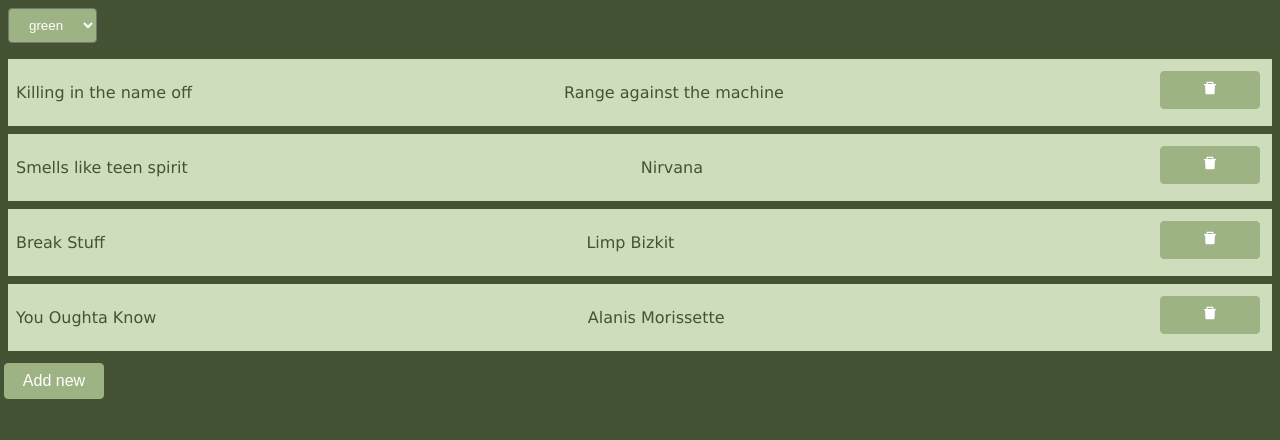
Repository: majakesin/moodify-app
Page: /angry
These files come from the project's save history. The page is drawn as it stood at one moment and after a run of saves; the edit follows.
The browser window is 1280 px wide. The pictures show the whole page.
The project was rebuilt for these pictures with package versions that can differ from the ones it lists, and the page was loaded fresh each time. Also part of the build but not shown: src/data/moods.js, src/components/Mood/index.jsx, src/pages/ChooseMood/index.module.css, src/pages/ChooseMood/index.jsx.

Above is the page before, as saved 2023-08-23 11:53:48.

After the next 2 saves:
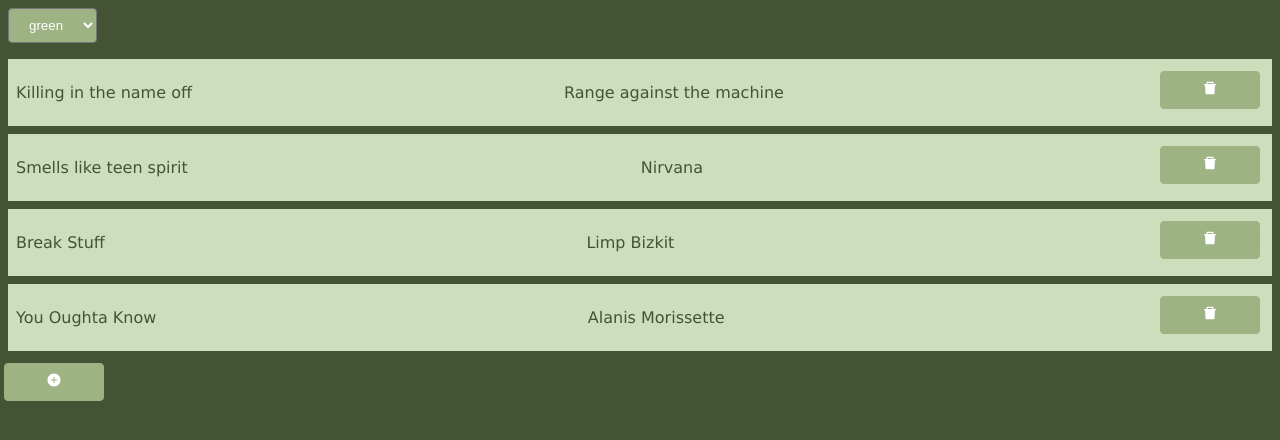
The 2 saves are shown as one change because they came seconds apart.
The last was saved 10 s later.
--- a/src/pages/SongList/index.jsx
+++ b/src/pages/SongList/index.jsx
@@ -69,7 +69,7 @@ const SongList = () => {
     return (
         <div>
             {songsList}
-            <button onClick={onShowForm}> Add new </button>
+            <button onClick={onShowForm}><IoIosAddCircle /></button>
             {form}
         </div>
     )
